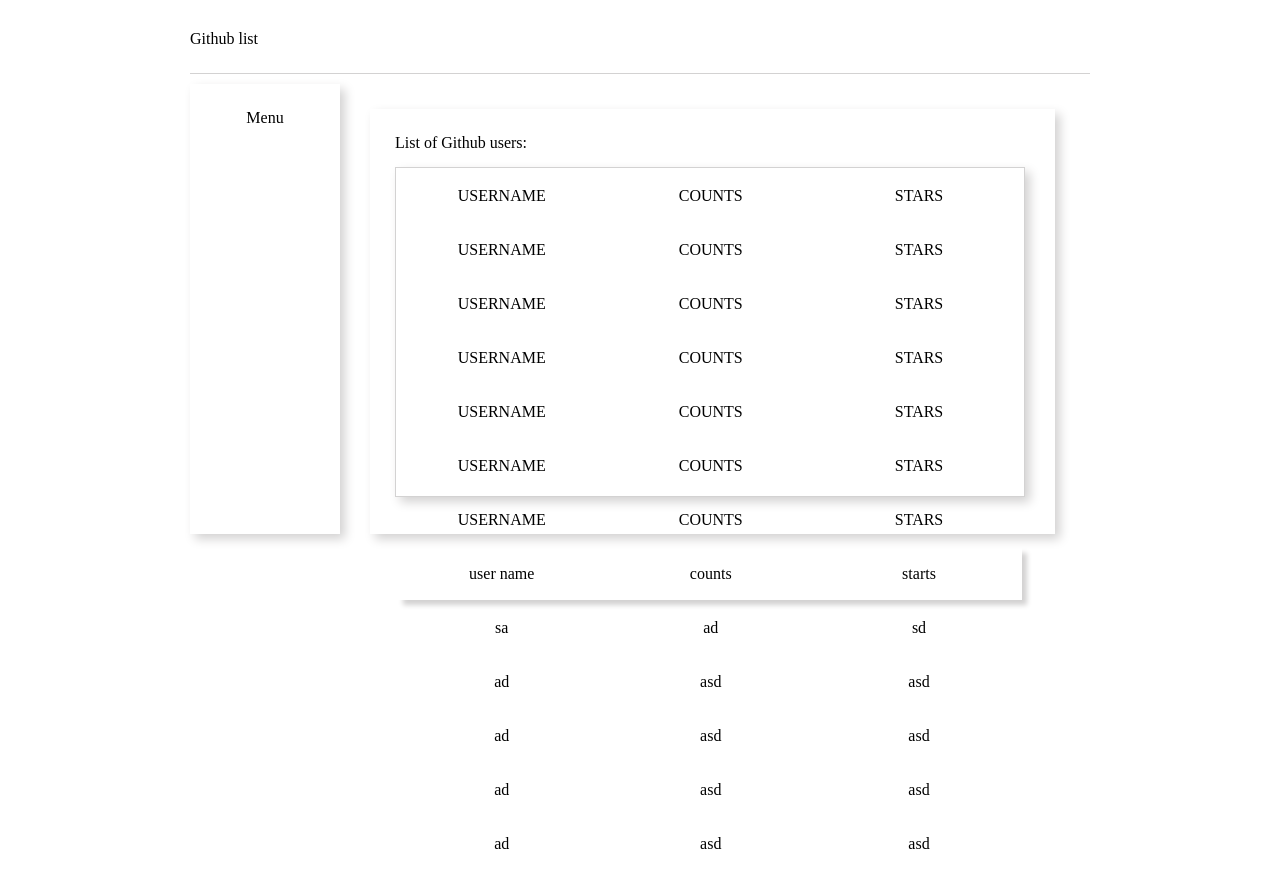
Repository: SzymonRoche/gitStars
Page: index.html
These files come from the project's save history. The page is drawn as it stood at one moment and after a run of saves; the edit follows.
The browser window is 1280 px wide. The pictures show the whole page.

Above is the page before, as saved 2020-02-15 18:49:47.

### index.html
<!DOCTYPE html>
<html lang="en">

<head>
  <meta charset="UTF-8">
  <meta name="viewport" content="width=device-width, initial-scale=1.0">
  <link rel="stylesheet" type="text/css" href="style.css">
  <link href="https://fonts.googleapis.com/css?family=Roboto" rel="stylesheet">
  <meta http-equiv="X-UA-Compatible" content="ie=edge">
  <title>Github List</title>
</head>

<body class="app">

  <div class="title"> Github list </div>
  <div class="aside"> Menu </div>
  <div class="content"> List of Github users:
    <table class="my-table">


        <TR class="firts"> <TD> user name </TD><TD> counts </TD><TD> starts </TD></TR>

        <TR> <TD> sa</TD><TD> ad</TD><TD> sd</TD></TR>
        <TR> <TD>ad </TD><TD> asd</TD><TD> asd</TD></TR>
        <TR> <TD>ad </TD><TD> asd</TD><TD> asd</TD></TR>
        <TR> <TD>ad </TD><TD> asd</TD><TD> asd</TD></TR>
        <TR> <TD>ad </TD><TD> asd</TD><TD> asd</TD></TR>


    </table>
  </div>

</body>
<script src="main.js" type="module"></script>
</html>

### style.css
.app{

    width: 900px;
    height: 500px;
    margin: 0 auto;
}


.title{
    margin-top: 30px;
    margin-bottom: 10px;
    padding-bottom: 25px;
    border-bottom: 1px solid  rgb(211, 210, 210);
}

.aside{
    display: block;
    width: 150px;
    height: 425px;
    padding-top: 25px;
    text-align: center;
    float:left;
    box-shadow: rgb(211, 210, 210) 5px 5px 10px;
}

.content{
    display: block;
    padding-top: 25px;
    padding-left: 25px;
    width: 660px;
    height: 400px;
    margin: 35px 20%;
    box-shadow: rgb(211, 210, 210) 5px 5px 10px;

}

.my-table{
    display: block;
    width: 630px;
    height: 330px;
    margin: 15px auto 0px 0;
    box-shadow: rgb(211, 210, 210) 5px 5px 10px;
    border: 1px solid rgb(211, 210, 210);

}

td{
    width: 210px;
    height: 50px;
    text-align: center;

}

.firts{
    box-shadow: rgb(211, 210, 210) 5px 5px 5px;
    border-bottom: 5px solid red;
}

### main.js
import  userNames  from "./users.js";
import tabela from "./tabele.js";

function CreateTabele(nr) {

    let i = 0;
    for(i = 0; i<7; i++){

        const tab = document.querySelector(".my-table");
        const tabela = tab.insertRow(nr);

        const topLeft = tabela.insertCell(0);
        const topMiddle = tabela.insertCell(1);
        const TopRight = tabela.insertCell(2);

            topLeft.innerHTML = "USERNAME"
            topMiddle.innerHTML = "COUNTS"
            TopRight.innerHTML = "STARS"
}
    };

CreateTabele(0);

console.log(tabela);

### users.js
const userNames = () => {
    // All users that you need to display.
    console.log(`wyświetla userNames`)
    return ['yyx990803', 'toddmotto', 'johnpapa', 'angular', 'facebook', 'vuejs']
};



export default () => {
    userNames()
};

### tabele.js

const tabela = ["dick", "rick","majk"]






export default tabela ;

After the next 2 saves:
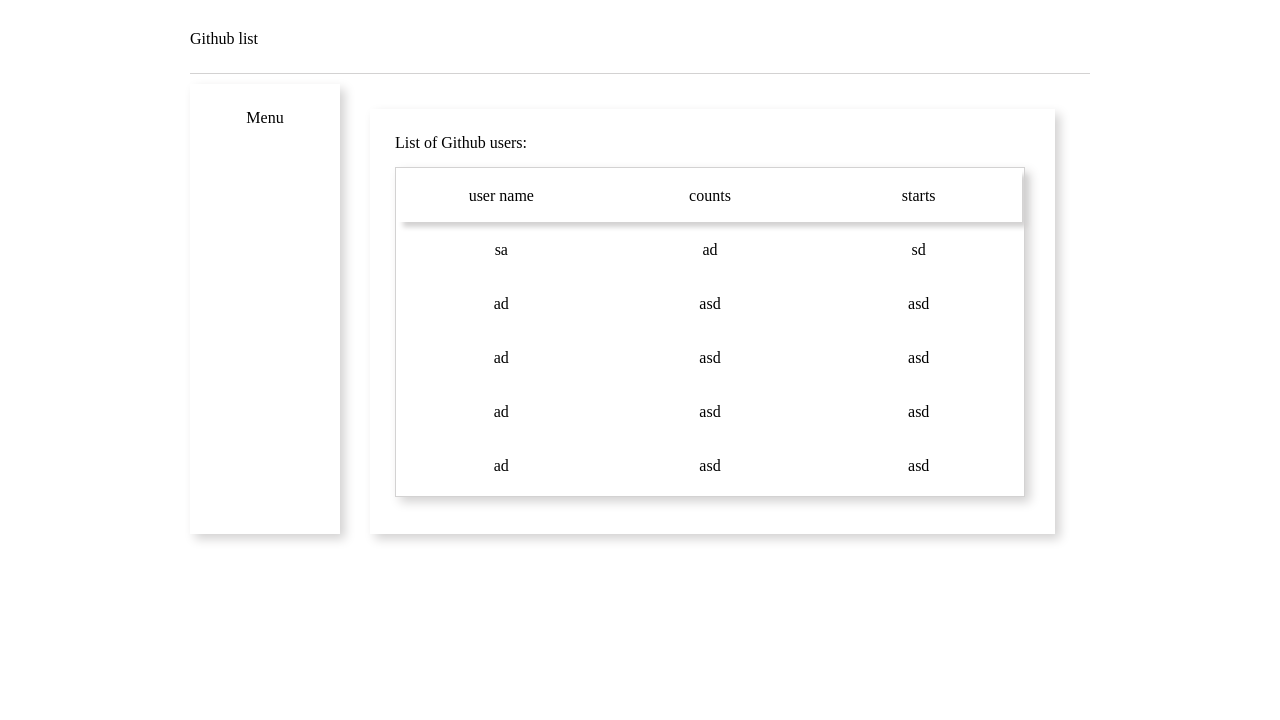
Console error: ReferenceError: nr is not defined
The 2 saves are shown as one change because they came seconds apart.
The last was saved 41 s later.
--- a/main.js
+++ b/main.js
@@ -1,7 +1,7 @@
 import  userNames  from "./users.js";
 import tabela from "./tabele.js";
 
-function CreateTabele(nr) {
+function CreateTabele() {
 
     let i = 0;
     for(i = 0; i<7; i++){
@@ -19,6 +19,6 @@ function CreateTabele(nr) {
 }
     };
 
-CreateTabele(0);
+CreateTabele();
 
 console.log(tabela);

After the save that followed:
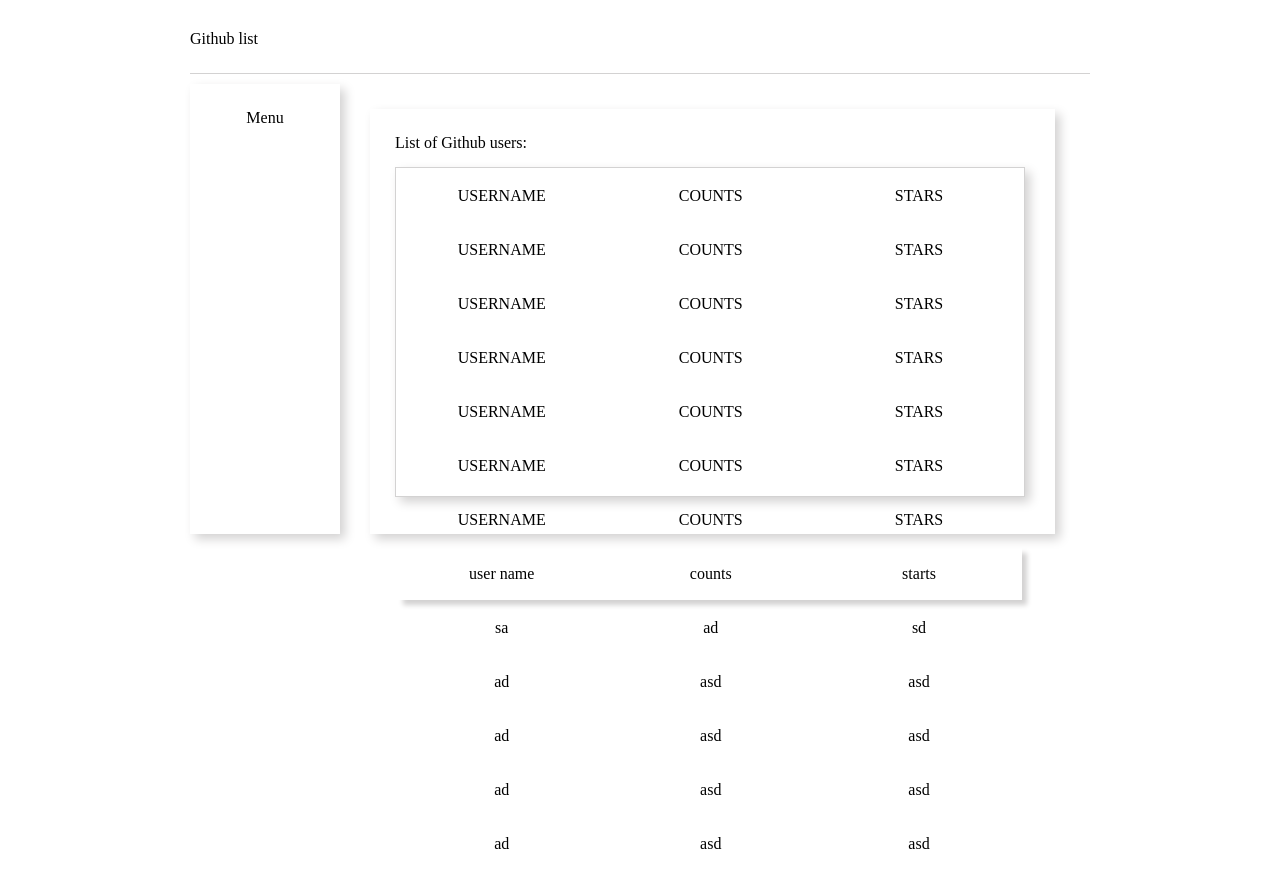
The error is gone.
Saved 14 s later.
--- a/main.js
+++ b/main.js
@@ -7,7 +7,7 @@ function CreateTabele(nr) {
     for(i = 0; i<7; i++){
 
         const tab = document.querySelector(".my-table");
-        const tabela = tab.insertRow(nr);
+        const tabela = tab.insertRow(0);
 
         const topLeft = tabela.insertCell(0);
         const topMiddle = tabela.insertCell(1);
